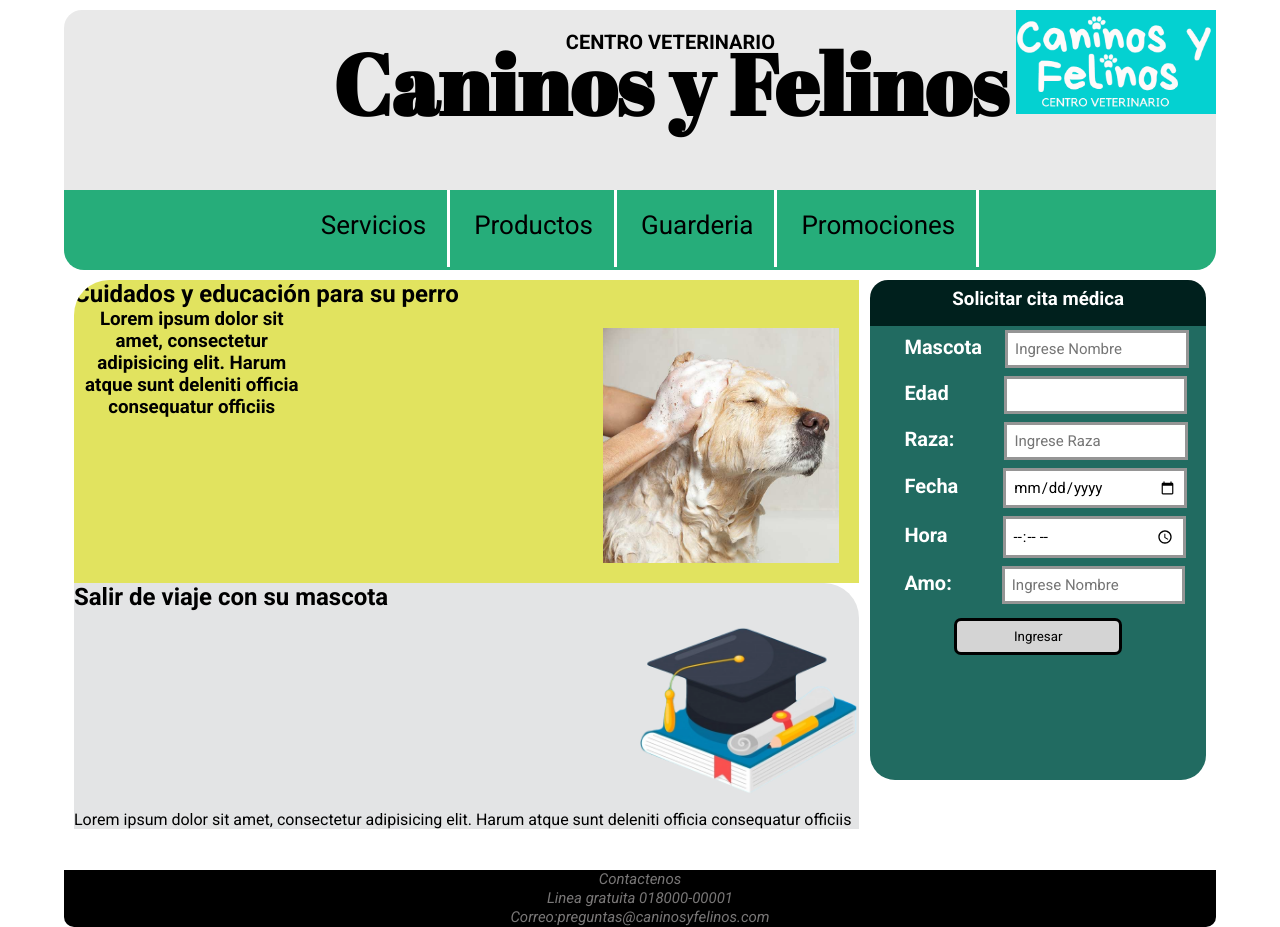
Repository: NickArregoces/Veterinaria
Page: Index.html
The author's editor kept a copy of each file at every save. The page is drawn from the files as they stood at one save, then again after the next save.
The browser window is 1280 px wide. The pictures show the whole page.

Above is the page before, as saved 2021-10-05 17:08:52.

After the next save:
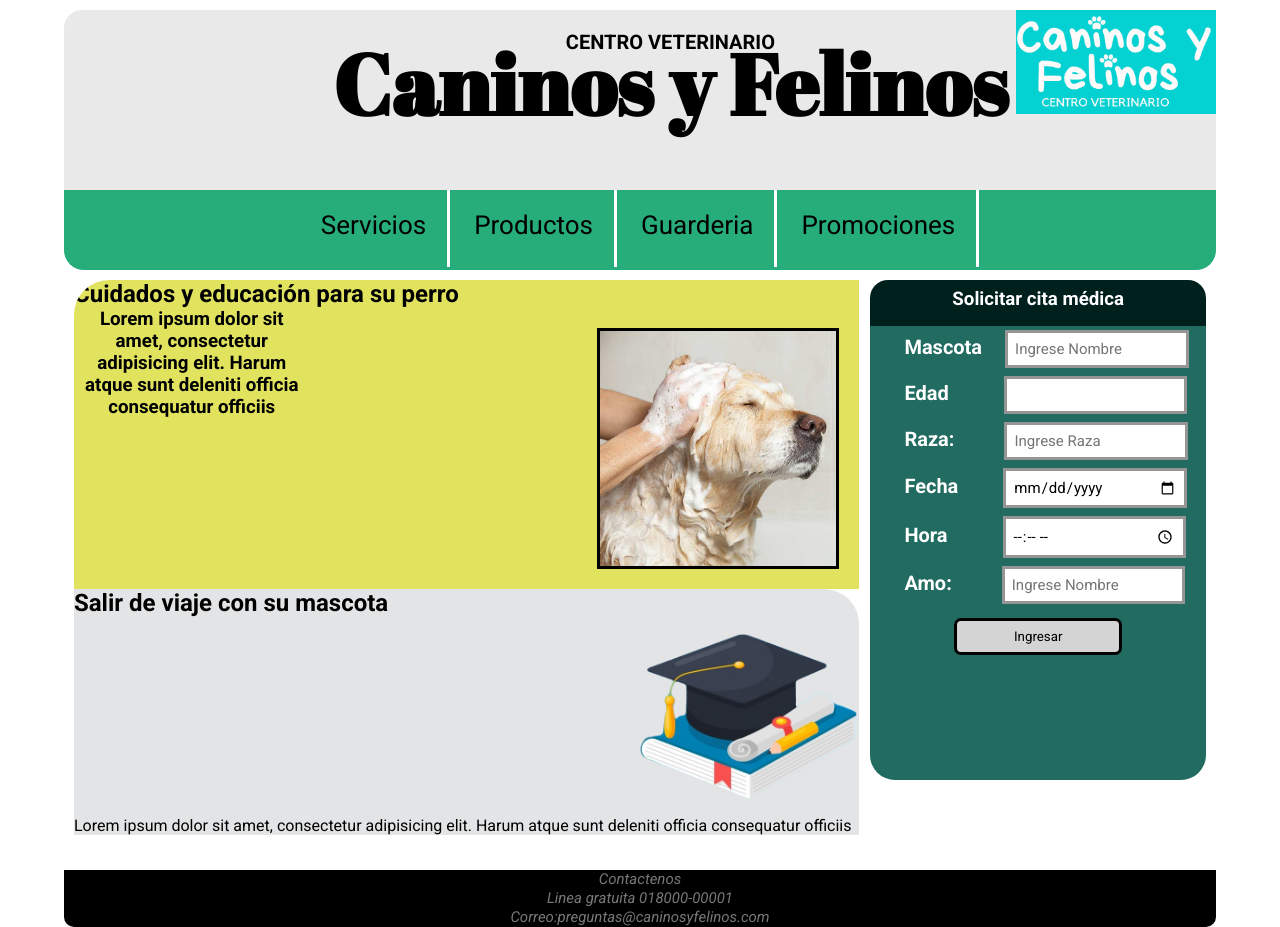
Saved 9 s later.
--- a/CSS/Style.css
+++ b/CSS/Style.css
@@ -164,7 +164,7 @@ aside{
         div.Cuidados img {
             margin: 20px;
             width: 30%;
-            border-color: black;
+            border: solid black;
         }
         /*Efecto Imagenes aside*/
         div img:hover{
